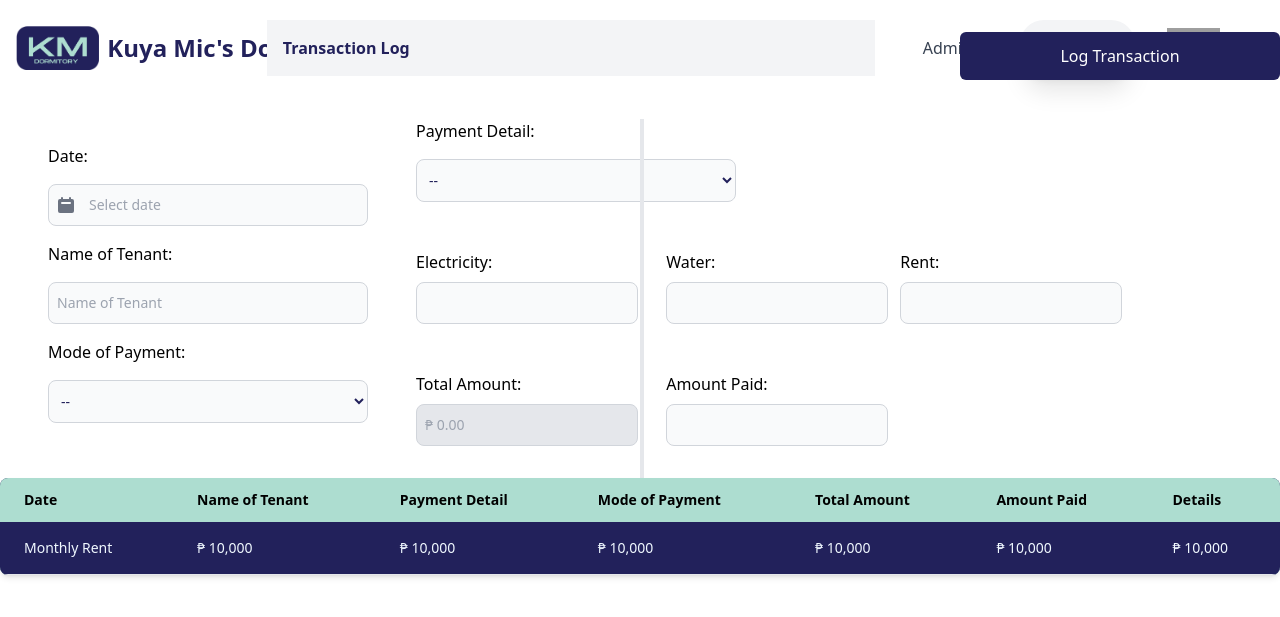
Repository: theamgri/Dormitory-Management-System
Page: paymentactivity.html
The author's editor kept a copy of each file at every save. The page is drawn from the files as they stood at one save, then again after the next save.
The browser window is 1280 px wide. The pictures show the whole page.
Pictures or frames that could not be fetched are drawn as grey boxes. Some web libraries are served in a nearby version.

Above is the page before, as saved 2023-01-11 22:42:23.

### paymentactivity.html
<!DOCTYPE html>
<html lang="en">
<head>
    <script src="https://cdn.tailwindcss.com"></script>
    <script src="https://unpkg.com/flowbite@1.5.5/dist/datepicker.js"></script>
    <meta charset="UTF-8">
    <meta http-equiv="X-UA-Compatible" content="IE=edge">
    <meta name="viewport" content="width=device-width, initial-scale=1.0">
    <link rel="icon" type="image/x-icon" href="/assets/logo.png">
    <title>Payment Activity</title>

    <nav class="bg-white border-gray-200 px-2 sm:px-4 py-1 rounded dark:bg-gray-100">
        <div class="container flex flex-wrap items-center justify-between mx-auto">
          <a href="/" class="flex sm:items-left">
              <img src="/assets/logo.png" class="h-11" alt="KM Logo" />
              <span class="self-center align-middle pl-2 text-2xl font-Montserrat font-bold whitespace-nowrap" style="color: #22215B">Kuya Mic's Dormitory </span>
          </a>

          <button data-collapse-toggle="navbar-default" type="button" class="inline-flex items-center p-2 ml-3 text-sm text-gray-500 rounded-lg md:hidden hover:bg-gray-100 focus:outline-none focus:ring-2 focus:ring-gray-200 dark:text-gray-400 dark:hover:bg-gray-700 dark:focus:ring-gray-600" aria-controls="navbar-default" aria-expanded="false">
          <svg class="w-6 h-6" aria-hidden="true" fill="currentColor" viewBox="0 0 20 20" xmlns="http://www.w3.org/2000/svg"><path fill-rule="evenodd" d="M3 5a1 1 0 011-1h12a1 1 0 110 2H4a1 1 0 01-1-1zM3 10a1 1 0 011-1h12a1 1 0 110 2H4a1 1 0 01-1-1zM3 15a1 1 0 011-1h12a1 1 0 110 2H4a1 1 0 01-1-1z" clip-rule="evenodd"></path></svg>
          </button>
          <div class="hidden w-full md:block md:w-auto" id="navbar-default">

            <ul class="flex flex-col p-4 mt-4 border border-gray-100 rounded-lg md:flex-row md:space-x-8 md:mt-0 md:text-sm md:font-medium md:border-0">

              <li>
                <a href="#" class="block font-bold bg-gray-100 font-Montserrat text-base md:p-4" aria-current="page" style="color: #22215B; margin-left:-38rem;">Transaction Log</a>
              </li>
              <li>
                <a href="index.html" class="block font-Montserrat rounded text-base md:text-gray-700 md:p-4" aria-current="page">Admin</a>
              </li>
              <li>
                <a href="home.html" class="block shadow-xl bg-gray-100 font-Montserrat rounded-3xl text-base md:text-gray-700 md:p-4" aria-current="page">Dashboard</a>
              </li>
              <li>
                <a href="home.html" class="block py-2 pl-0 pr-4" aria-current="page"><img src="https://icones.pro/wp-content/uploads/2021/02/icone-utilisateur-gris.png" class="h-1 mr-3 sm:h-10" alt="KM Logo" /></a>
              </li>
            </ul>
          </div>

        </div>
      </nav>
</head>
<body>

  <div class="relative" style="margin: 3rem; margin-left: 3rem;">
    <h3 style="margin-bottom: 1rem;">Date:</h3>
    <div class="absolute inset-y-0 left-0 items-center pl-2 pointer-events-none" style="padding-top: 3.2rem;">

      <svg aria-hidden="true" class="w-5 h-5 text-gray-500 dark:text-gray-400" fill="currentColor" viewBox="0 0 20 20" xmlns="http://www.w3.org/2000/svg"><path fill-rule="evenodd" d="M6 2a1 1 0 00-1 1v1H4a2 2 0 00-2 2v10a2 2 0 002 2h12a2 2 0 002-2V6a2 2 0 00-2-2h-1V3a1 1 0 10-2 0v1H7V3a1 1 0 00-1-1zm0 5a1 1 0 000 2h8a1 1 0 100-2H6z" clip-rule="evenodd"></path></svg>
    </div>


    <input datepicker type="text" class="bg-gray-50 border border-gray-300 text-gray-900 text-sm rounded-lg focus:ring-blue-500 focus:border-blue-500 block w-80 pl-10 p-2.5 dark:border-gray-600 dark:placeholder-gray-400 dark:text-white dark:focus:ring-blue-500 dark:focus:border-blue-900" placeholder="Select date" style="color: #22215B;";>

  </div>

    <div>
      <div style="margin-left:3rem; margin-top: -2rem;">
      <h3>Name of Tenant:</h3>
      <input type="text" class="bg-gray-50 border border-gray-300 text-gray-900 text-sm rounded-lg focus:ring-blue-500 focus:border-blue-500 block w-80 pl-2 p-2.5 dark:border-gray-600 dark:placeholder-gray-400 dark:text-white dark:focus:ring-blue-500 dark:focus:border-blue-500" style=" margin-top: 1rem; color: #22215B;" placeholder="Name of Tenant">
    </div>
  </div>


    <div style="margin-left:3rem; margin-top: 1rem;">
    <h3>Mode of Payment:</h3>
    <select class="bg-gray-50 border border-gray-300 text-gray-900 text-sm rounded-lg focus:ring-blue-500 focus:border-blue-500 block w-80 pl-2 p-2.5 dark:border-gray-600 dark:placeholder-gray-400 dark:text-white dark:focus:ring-blue-500 dark:focus:border-blue-500" style="color: #22215B; margin-top: 1rem;" placeholder="Mode of Payment">
      <option>--</option>
      <option>Gcash</option>

        <option>Cash-Over the Counter</option>
    </select>
  </div>

<div class="sm:fixed left-1/2 w-1 bg-gray-200" style="margin-top: -19rem; height: 25rem"></div>

<div class="sm:absolute top-8 right-0" style="margin-left: 30rem;">
  <button onclick="location.href='#'" type="submit" class="block mt-0 mb-4 text-white bg-primary-600 focus:ring-4 focus:outline-none focus:ring-primary-300 font-medium rounded-md text-md px-10 py-2.5 sm:text-center" style="background-color:#22215B; height: 3rem; width: 20rem;">Log Transaction</button>
    </div>



    <div class="text" style="margin-left:25rem; margin-top: -20rem; padding: 1rem;">

        <h3>Payment Detail:</h3>
        <select class="bg-gray-50 border border-gray-300 text-gray-900 text-sm rounded-lg focus:ring-blue-500 focus:border-blue-500 block w-80 pl-2 p-2.5 dark:border-gray-600 dark:placeholder-gray-400 dark:text-white dark:focus:ring-blue-500 dark:focus:border-blue-500" style="color: #22215B; margin-top: 1rem;" placeholder="Mode of Payment">
          <option>--</option>
          <option>Gcash</option>

            <option>Cash-Over the Counter</option>
        </select>


  </div>


     <div class="inline-block" style="margin-left:25rem; margin-top: 1rem; padding: 1rem;">
        <h3 style="padding-bottom: 0.5rem">Electricity:</h3>
            <input type="text" class="bg-gray-50 border border-gray-300 text-gray-900 text-sm rounded-lg focus:ring-blue-500 focus:border-blue-500 block w-50 pl-2 p-2.5 dark:border-gray-600 dark:placeholder-gray-400 dark:text-white dark:focus:ring-blue-500 dark:focus:border-blue-500" style="color: #22215B;" placeholder="">
    </div>


    <div class="inline-block" style="margin-left:0.5rem; margin-top: 1rem;">
        <h3 style="padding-bottom: 0.5rem">Water:</h3>
            <input type="text" class="bg-gray-50 border border-gray-300 text-gray-900 text-sm rounded-lg focus:ring-blue-500 focus:border-blue-500 block w-50 pl-2 p-2.5 dark:border-gray-600 dark:placeholder-gray-400 dark:text-white dark:focus:ring-blue-500 dark:focus:border-blue-500" style="color: #22215B;" placeholder="">
    </div>


    <div class="inline-block" style="margin-left:0.5rem; margin-top: 1rem;">
        <h3 style="padding-bottom: 0.5rem">Rent:</h3>
            <input type="text" class="bg-gray-50 border border-gray-300 text-gray-900 text-sm rounded-lg focus:ring-blue-500 focus:border-blue-500 block w-50 pl-2 p-2.5 dark:border-gray-600 dark:placeholder-gray-400 dark:text-white dark:focus:ring-blue-500 dark:focus:border-blue-500" style="color: #22215B;" placeholder="">
    </div>


 <div>
    <div class="inline-block" style="margin-left:25rem; margin-top: 1rem; padding: 1rem;">
      <h3 style="padding-bottom: 0.5rem">Total Amount:</h3>
          <input type="text" class="bg-gray-200 border border-gray-300 text-gray-900 text-sm rounded-lg focus:ring-blue-500 focus:border-blue-500 block w-50 pl-2 p-2.5 dark:border-gray-600 dark:placeholder-gray-400 dark:text-white dark:focus:ring-blue-500 dark:focus:border-blue-500" style="color: #22215B;" placeholder="₱ 0.00">
  </div>


  <div class="inline-block" style="margin-left:0.5rem; margin-top: 1rem;">
      <h3 style="padding-bottom: 0.5rem">Amount Paid:</h3>
          <input type="text" class="bg-gray-50 border border-gray-300 text-gray-900 text-sm rounded-lg focus:ring-blue-500 focus:border-blue-500 block w-50 pl-2 p-2.5 dark:border-gray-600 dark:placeholder-gray-400 dark:text-white dark:focus:ring-blue-500 dark:focus:border-blue-500" style="color: #22215B;" placeholder="">

        </div>


</div>
</div>

<div class="mt-4 relative overflow-x-auto shadow-md sm:rounded-lg" style="background-color:#22215B;">
  <table class="w-full text-sm text-left" style="background-color: #ADDDD0">

    <thead class="text-md">


        <tr><th scope="col" class="px-6 py-3">
          Date
    </th>
      <th scope="col" class="px-6 py-3">
          Name of Tenant
      </th>
      <th scope="col" class="px-6 py-3">
        Payment Detail
      </th>
      <th scope="col" class="px-6 py-3">
        Mode of Payment
      </th>
      <th scope="col" class="px-6 py-3">
        Total Amount
      </th>
      <th scope="col" class="px-6 py-3">
        Amount Paid
      </th>
      <th scope="col" class="px-6 py-3">
        Details
      </th>
     </tr>
    </thead>





    <tbody style="background-color:#22215B; color:aliceblue;">
      <tr class="border-b ">
        <th scope="row" class="px-6 py-4 font-medium">
            Monthly Rent
        </th><th scope="row" class="px-6 py-4 font-medium">
          ₱ 10,000
      </th>
    </th><th scope="row" class="px-6 py-4 font-medium">
      ₱ 10,000
  </th>
</th><th scope="row" class="px-6 py-4 font-medium">
  ₱ 10,000
</th>
</th><th scope="row" class="px-6 py-4 font-medium">
  ₱ 10,000
</th>
</th><th scope="row" class="px-6 py-4 font-medium">
  ₱ 10,000
</th>
</th><th scope="row" class="px-6 py-4 font-medium">
  ₱ 10,000
</th>
    </tr>




</tr>


      </tbody>

  </table>

</div>






</body>
</html>

After the next save:
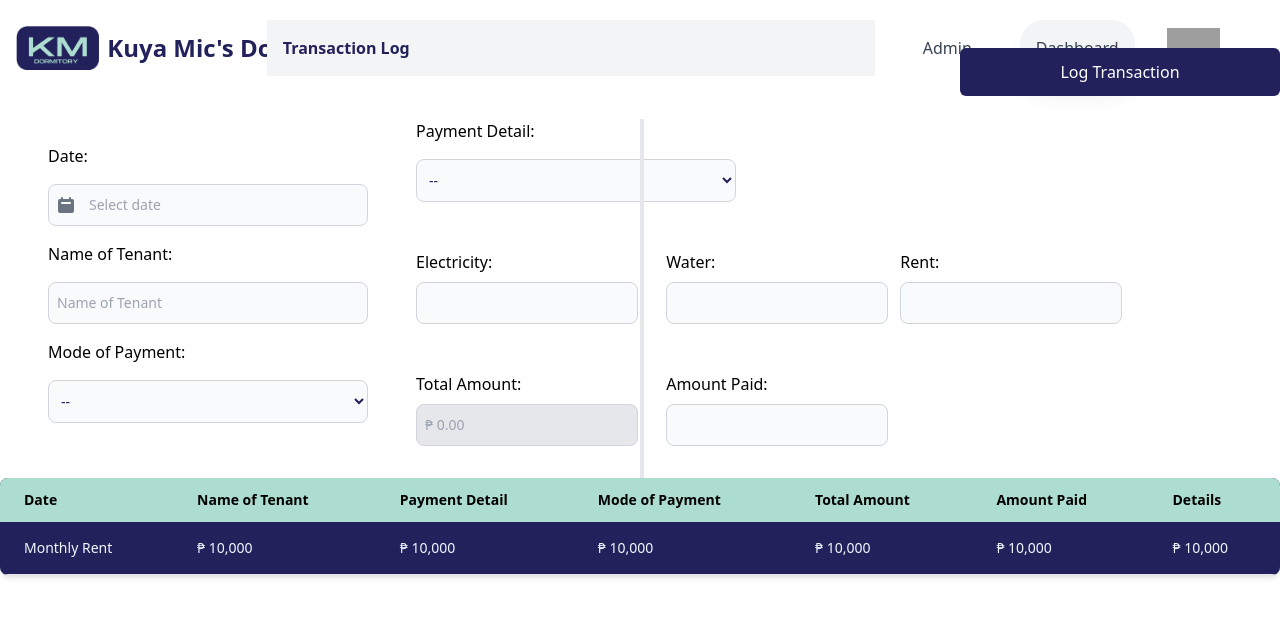
Saved 7 s later.
--- a/paymentactivity.html
+++ b/paymentactivity.html
@@ -75,7 +75,7 @@
 
 <div class="sm:fixed left-1/2 w-1 bg-gray-200" style="margin-top: -19rem; height: 25rem"></div>
 
-<div class="sm:absolute top-8 right-0" style="margin-left: 30rem;">
+<div class="sm:absolute top-12 right-0" style="margin-left: 30rem;">
   <button onclick="location.href='#'" type="submit" class="block mt-0 mb-4 text-white bg-primary-600 focus:ring-4 focus:outline-none focus:ring-primary-300 font-medium rounded-md text-md px-10 py-2.5 sm:text-center" style="background-color:#22215B; height: 3rem; width: 20rem;">Log Transaction</button>
     </div>
 
